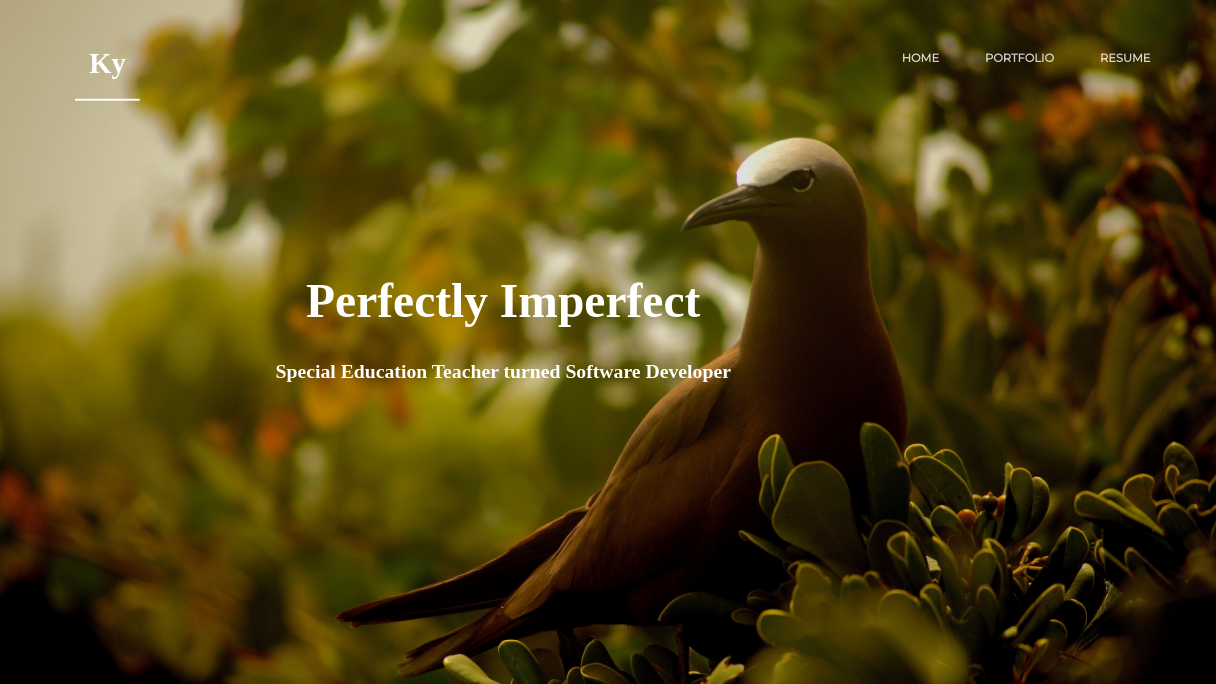
Repository: kkyler24/Perfectly-Imperfect
Page: / (app in imperfect/)
The author's editor kept a copy of each file at every save. The page is drawn from the files as they stood at one save, then again after the next save.
The browser window is 1280 px wide. The pictures show the whole page, at 95% of full size.
Some web fonts or font styles are not loaded; a fallback is used. The project was rebuilt for these pictures with package versions that can differ from the ones it lists, and the page was loaded fresh each time.

Above is the page before, as saved 2020-07-23 21:39:18.

### imperfect/public/index.html
<!DOCTYPE html>
<html lang="en">
  <head>
    <meta charset="utf-8" />
    <link rel="icon" href="%PUBLIC_URL%/favicon.ico" />
    <meta name="viewport" content="width=device-width, initial-scale=1" />
    <meta name="theme-color" content="#000000" />
    <meta
      name="description"
      content="Web site created using create-react-app"
    />
    <link rel="apple-touch-icon" href="%PUBLIC_URL%/logo192.png" />

    <link rel="manifest" href="%PUBLIC_URL%/manifest.json" />

    <link
      href="https://fonts.googleapis.com/css2?family=Montserrat&family=Petit+Formal+Script&display=swap"
      rel="stylesheet"
    />

    <title>React App</title>
  </head>
  <body>
    <noscript>You need to enable JavaScript to run this app.</noscript>
    <div id="root"></div>
  </body>
</html>

### imperfect/src/App.js
import React from "react";
import logo from "./logo.svg";
import "./App.css";
import Nav from "./Components/navbarComponent/navbar.js";
import PGHeader from "./Components/Headerindex/header.js";

function App() {
  return (
    <div className="App">
      <Nav />
      <PGHeader />
    </div>
  );
}

export default App;

### imperfect/src/App.css
body {
  color: #66615b;
  font-size: 16px;
  font-weight: 300;
  font-family: Montserrat, Helvetica, Arial, sans-serif;
  box-sizing: border-box;
  display: block;
}

.App-header {
  background-color: #282c34;
  min-height: 100vh;
  display: flex;
  flex-direction: column;
  align-items: center;
  justify-content: center;
  font-size: calc(10px + 2vmin);
  color: white;
}

.App-link {
  color: #61dafb;
}

@keyframes App-logo-spin {
  from {
    transform: rotate(0deg);
  }
  to {
    transform: rotate(360deg);
  }
}

### imperfect/src/Components/navbarComponent/navbar.js
import React from "react";
import "./navbar.css";

function NavBar() {
  return (
    <div>
      <nav
        color-on-scroll="300"
        class="fixed-top navbar-transparent navbar navbar-expand-lg"
      >
        <div class="container-fluid">
          <div class="navbar-translate">
            <a
              id="Kytitle"
              data-placement="bottom"
              target="_blank"
              title="Coded by Creative Tim"
              class="navbar-brand"
              href="#/index"
            >
              Ky
            </a>
            <button aria-expanded="false" class="navbar-toggler navbar-toggler">
              <span class="navbar-toggler-bar bar1"></span>
              <span class="navbar-toggler-bar bar2"></span>
              <span class="navbar-toggler-bar bar3"></span>
            </button>
          </div>
          <div class="justify-content-end collapse navbar-collapse">
            <ul class="navbar-nav">
              <li class="nav-item">
                <a
                  data-placement="bottom"
                  href="https://www.linkedIn"
                  target="_blank"
                  title="Let's connect on LinkedIn"
                  class="nav-link"
                >
                  {/* <i class="fa fa-linkedIn"></i> */}
                </a>
              </li>
              <li class="nav-item">
                <a
                  data-placement="bottom"
                  href="https://www.linkedIn"
                  target="_blank"
                  title="Let's connect on LinkedIn"
                  class="nav-link"
                >
                  {/* <i class="fa fa-linkedIn"></i> */}
                </a>
              </li>
              <li class="nav-item">
                <a
                  data-placement="bottom"
                  href="https://twitter.com/CreativeTim?ref=creativetim"
                  target="_blank"
                  title="Follow us on Twitter"
                  class="nav-link"
                >
                  {/* <i class="fa fa-twitter"></i> */}
                  <p class="d-lg-none"></p>
                </a>
                <li class="nav-item mr-2rem">
                  <a
                    data-placement="bottom"
                    href="https://www.github.com/CreativeTimOfficial?ref=creativetim"
                    target="_blank"
                    title="Star on GitHub"
                    class="nav-link"
                  >
                    {/* <i class="fa fa-github"></i> */}
                    <p class="d-lg-none"></p>
                  </a>
                </li>
              </li>
              <li class="nav-item">
                <a class="nav-link" href="#/index">
                  <i class="nc-icon nc-layout-11"></i> Home
                </a>
              </li>
              <li class="nav-item">
                <a class="nav-link" href="#/index">
                  <i class="nc-icon nc-layout-11"></i> Portfolio
                </a>
              </li>
              <li class="nav-item">
                <a target="_blank" class="nav-link" href="#/documentation">
                  <i class="nc-icon nc-book-bookmark"></i> Resume
                </a>
              </li>

              <li class="nav-item">
                <a
                  data-placement="bottom"
                  href="https://www.github.com/CreativeTimOfficial?ref=creativetim"
                  target="_blank"
                  title="Star on GitHub"
                  class="nav-link"
                >
                  {/* <i class="fa fa-github"></i> */}
                  <p class="d-lg-none"></p>
                </a>
              </li>
            </ul>
          </div>
        </div>
      </nav>
    </div>
  );
}
export default NavBar;

### imperfect/src/Components/Headerindex/header.js
import React from "react";
import "./Indexheader.css";

function PageHeader(props) {
  return (
    <div id="background" className="page-header" data-parallax="true">
      <div className="filter"></div>
      <div className="headerContainer">
        <div className="motto text-center">
          <h1>Perfectly Imperfect</h1>
          <h5>Special Education Teacher turned Software Developer</h5>
          <br />
        </div>
      </div>
    </div>
  );
}
export default PageHeader;

### imperfect/src/Components/navbarComponent/navbar.css
/* navbar */
#Kytitle {
  font-family: "Petit Formal Script", cursive;
  font-size: 30px;
  color: #fff;
  border-bottom: solid 2px rgb(255, 255, 255);
  text-transform: capitalize;
}

.navbar.navbar-transparent {
  background: transparent !important;
  padding-top: 25px;
  box-shadow: none;
}

.navbar.navbar-transparent .navbar-brand {
  color: rgb(20, 3, 3);
}

.navbar .navbar-brand {
  font-weight: 600;
  margin: 5px 0;
  padding: 20px 15px;
  font-size: 14px;
  text-transform: uppercase;
}

.navbar-nav {
  display: flex;
  flex-direction: column;
  padding-left: 0;
  margin-bottom: 0;
  list-style: none;
}
.navbar-brand {
  display: inline-block;
  padding-top: 0.3125rem;
  padding-bottom: 0.3125rem;
  margin-right: 1rem;
  font-size: 1.25rem;
  line-height: inherit;
  white-space: nowrap;
}

.navbar {
  border: 0;
  font-size: 14px;
  padding: 0;
  font-family: "Montserrat", "Helvetica", Arial, sans-serif;
  font-weight: 300;
  align-items: center;
  display: flex;
}
.navbar > .container-fluid {
  display: flex;
  flex-wrap: wrap;
  align-items: center;
  justify-content: space-between;
}

.nav-link {
  display: block;
}

.navbar-toggler {
  padding: 0.25rem 0.75rem;
  font-size: 1.25rem;
  line-height: 1;
  background-color: transparent;
  border: 1px solid transparent;
  border-radius: 0.25rem;
}
button {
  text-transform: none;
  overflow: visible;
  -webkit-font-smoothing: antialiased;
  font-family: "Montserrat", "Helvetica", Arial, sans-serif;
  font-weight: 300;
  margin: 0;
  text-rendering: auto;
  color: -internal-light-dark(buttontext, rgb(170, 170, 170));
  letter-spacing: normal;
  word-spacing: normal;
  text-indent: 0px;
  text-shadow: none;
  display: inline-block;
  text-align: center;
  align-items: flex-start;
  font: 400 13.3333px Arial;
}
.navbar .navbar-toggler .navbar-toggler-bar {
  display: block;
  position: relative;
  width: 24px;
  height: 2px;
  border-radius: 1px;
  margin: 0 auto;
}

.navbar.navbar-transparent .navbar-toggler .navbar-toggler-bar {
  background: #fff !important;
}

.navbar-transparent .navbar-nav .nav-item .nav-link:not(.btn) {
  color: #fff;
  border-color: #fff;
}

.navbar .navbar-toggler .navbar-toggler-bar + .navbar-toggler-bar {
  margin-top: 4px;
}

.navbar .navbar-nav .nav-item .nav-link {
  line-height: 1.6;
  margin: 15px 3px;
  padding: 10px 15px;
  opacity: 0.8;
  font-size: 12px;
  text-transform: uppercase;
  font-weight: 600;
}

.navbar .navbar-nav .nav-item .nav-link p {
  margin: 0;
  text-transform: uppercase;
  font-weight: 600;
  font-size: 12px;
  line-height: 1.5em;
  padding: 15px 0;
}

button:not(:disabled) {
  cursor: pointer;
}

.container-fluid {
  width: 100%;
  padding-right: 15px;
  padding-left: 15px;
  margin-right: 0%;
  margin-left: 5%;
}

.fixed-top {
  position: fixed;
  right: 0;
  left: 0;
  z-index: 1030;
  /* not needed for fixed bottom */
  top: 0;
}

a {
  text-decoration: none;
  background-color: transparent;
}

.collapse:not(.show) {
  display: none;
}

.justify-content-end,
ul {
  justify-content: flex-end !important;
}

.navbar-collapse {
  flex-basis: 100%;
  flex-grow: 1;
  align-items: center;
}

ul {
  margin-top: 0;
}

.navbar .navbar-nav .nav-item .nav-link [class^="fa"] {
  font-size: 17px;
  position: relative;
  right: 5px;
}
.fa {
  width: 18px;
  text-align: center;
}
.fa {
  display: inline-block;
  font: normal normal normal 14px/1 FontAwesome;
  text-rendering: auto;
  -webkit-font-smoothing: antialiased;
}

.nc-icon {
  display: inline-block;
  font: normal normal normal 14px/1 "nucleo-icons";
  font-size: inherit;
  text-transform: none;
  -webkit-font-smoothing: antialiased;
}

.nc-layout-11:before {
  content: "\ea36";
}

.nc-book-bookmark:before {
  content: "\ea0f";
}

.fa-github:before {
  content: "\f09b";
}

:before {
  box-sizing: border-box;
}

.navbar .navbar-collapse .nav-item .nav-link p {
  display: inline;
}

/* media Q navbar */
@media (min-width: 992px) {
  .navbar-expand-lg {
    flex-flow: row nowrap;
    justify-content: flex-start;
  }
  .navbar {
    justify-content: space-between;
  }
}
/* Li */
@media (min-width: 992px) {
  .navbar-expand-lg .navbar-nav {
    flex-direction: row;
  }
}
@media screen and (max-width: 991px) {
  .navbar-collapse ul {
    position: relative;
    z-index: 3;
    height: 95%;
  }
}

@media screen and (max-width: 991px) {
  .navbar-collapse .navbar-nav > .nav-item > .nav-link {
    color: #9a9a9a !important;
  }
}

@media screen and (max-width: 991px) {
  .navbar-collapse {
    position: fixed;
    display: block !important;
    top: 0;
    width: 230px;
    right: 0;
    z-index: 1032;
    visibility: visible;
    background-color: #999;
    overflow-y: visible;
    border-top: none;
    text-align: left;
    border-left: 1px solid #ccc5b9;
    padding-right: 0;
    padding-left: 40px;
    padding-top: 15px;
    transform: translateX(230px);
    transition: all 0.33s cubic-bezier(0.685, 0.0473, 0.346, 1);
  }
}

@media (max-width: 991.98px) {
  .navbar-expand-lg > .container-fluid {
    padding-right: 0;
    padding-left: 0;
  }
}

@media (min-width: 768px) {
  .container-fluid {
    max-width: 720px;
  }
}

@media (min-width: 992px) {
  .container-fluid {
    max-width: 100%;
  }
}

@media screen and (max-width: 991px) {
  .navbar-translate {
    width: 100%;
    position: relative;
    display: flex;
    justify-content: space-between !important;
    align-items: center;
    transform: translateX(0);
    transition: all 0.33s cubic-bezier(0.685, 0.0473, 0.346, 1);
  }
}

@media (min-width: 992px) {
  .navbar-expand-lg .navbar-toggler {
    display: none;
  }
}

@media screen and (max-width: 991px) {
  .navbar-collapse {
    height: 100% !important;
  }
}

@media (min-width: 992px) {
  .navbar-expand-lg .navbar-collapse {
    display: flex !important;
    flex-basis: auto;
  }
}
/*
@media (min-width: 576px) {
  .container-fluid {
    max-width: 540px;
  }
} */

@media (min-width: 992px) {
  .navbar-expand-lg > .container-fluid {
    flex-wrap: nowrap;
  }
}

### imperfect/src/Components/Headerindex/Indexheader.css
#background {
  background-image: url("../../Assets/imgs/brownnoodyGreatbirdisland.jpg");
  background-repeat: no-repeat;
  background-size: cover;
  height: 700px;
}

.page-header {
  background-position: 50%;
  background-size: cover;
  min-height: 100vh;
  max-height: 999px;
  overflow: hidden;
  position: relative;
  width: 100%;
  z-index: 1;
  display: flex;
  align-items: center;
  justify-content: center;
}

.page-header .filter:after {
  background-color: rgba(0, 0, 0, 0.125);
  content: "";
  display: block;
  height: 100%;
  left: 0;
  top: 0;
  position: absolute;
  width: 100%;
  z-index: 1;
}

.page-header .motto {
  z-index: 3;
  color: #fff;
  position: relative;
  width: max-content;
}

.headerContainer {
  font-family: "Petit Formal Script", cursive;
  display: inline-flex;
  width: 100%;
  /* font-weight: 200; */
  padding-right: 15px;
  padding-left: 15px;
  margin-right: auto;
  margin-left: auto;
  font-size: 50px;
  max-width: 700px !important;
}

.text-center {
  text-align: center !important;
}
div {
  display: block;
}

h1 {
  display: block;
  font-size: 2em;
  margin-block-start: 0.67em;
  margin-block-end: 0.67em;
  margin-inline-start: 0px;
  margin-inline-end: 0px;
  font-weight: bold;
}

/* media Q */
@media (min-width: 992px) {
  .headerContainer {
    max-width: 960px;
  }
}

@media (min-width: 768px) {
  .headerContainer {
    max-width: 720px;
  }
}

@media (min-width: 576px) {
  .headerContainer {
    max-width: 540px;
    font-size: 25px;
  }
}

@media (max-width: 576px) {
  .headerContainer {
    display: flex;
    flex-wrap: wrap;
    max-width: 540px !important;
    font-size: 20px;
    text-align: center;
  }
}

### imperfect/src/Components/aboutMeIndex/aboutme.js
import React from "react";
import "./aboutme.css";

function Aboutme() {
  return (
    <div className="aboutMain">
      <div className="sectionAB text-center">
        <div className="ABcontainer">
          <div class="row">
            <div class="ml-auto mr-auto col-md-8">
              <h2 class="titleAB">Let's talk About Me</h2>
              <h5 class="descriptionAB">
                This is the paragraph where you can write more details about
                your product. Keep you user engaged by providing meaningful
                information. Remember that by this time, the user is curious,
                otherwise he wouldn't scroll to get here. Add a button if you
                want the user to see more.
              </h5>
              <br />
              <a href="#pablo" class="btn-round btn btn-info">
                See Details
              </a>
            </div>
          </div>
        </div>
      </div>
    </div>
  );
}
export default Aboutme;

### imperfect/src/Components/aboutMeIndex/aboutme.css
.aboutMain .section:first-of-type {
  position: relative;
  z-index: 2;
}

.sectionAB {
  padding: 70px 0;
  background-color: #fff;
}

.text-center {
  text-align: center !important;
}

.titleAB {
  font-family: "Petit Formal Script", cursive;
}

.descriptionAB {
  font-family: "Montserrat", sans-serif;
}

Loaded but not shown: imperfect/src/index.js (common file); imperfect/src/index.css (common file); imperfect/src/serviceWorker.js (common file)

After the next save:
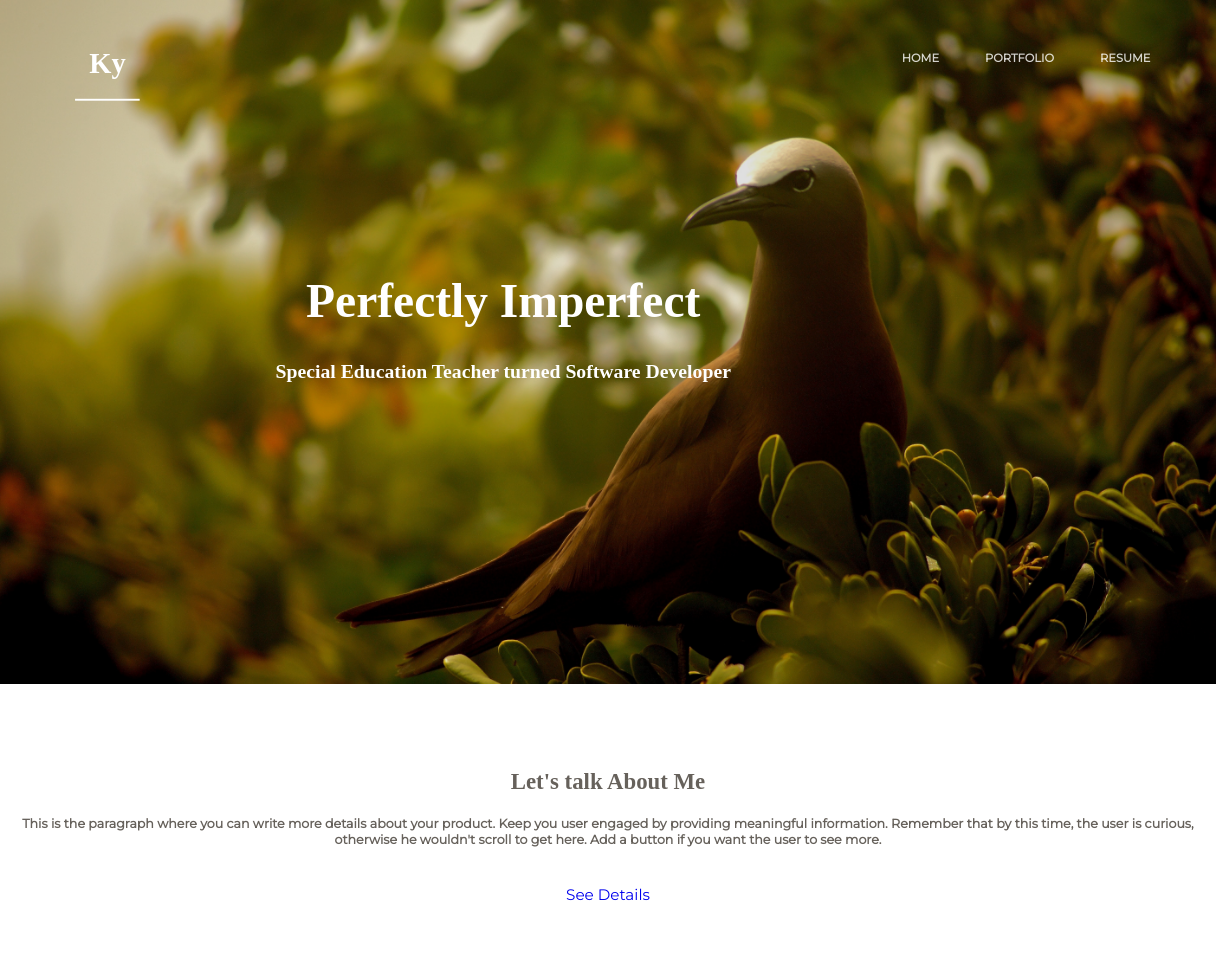
Saved 99 s later.
--- a/imperfect/src/App.js
+++ b/imperfect/src/App.js
@@ -3,12 +3,14 @@ import logo from "./logo.svg";
 import "./App.css";
 import Nav from "./Components/navbarComponent/navbar.js";
 import PGHeader from "./Components/Headerindex/header.js";
+import AboutMe from "./Components/aboutMeIndex/aboutme.js";
 
 function App() {
   return (
     <div className="App">
       <Nav />
       <PGHeader />
+      <AboutMe />
     </div>
   );
 }
